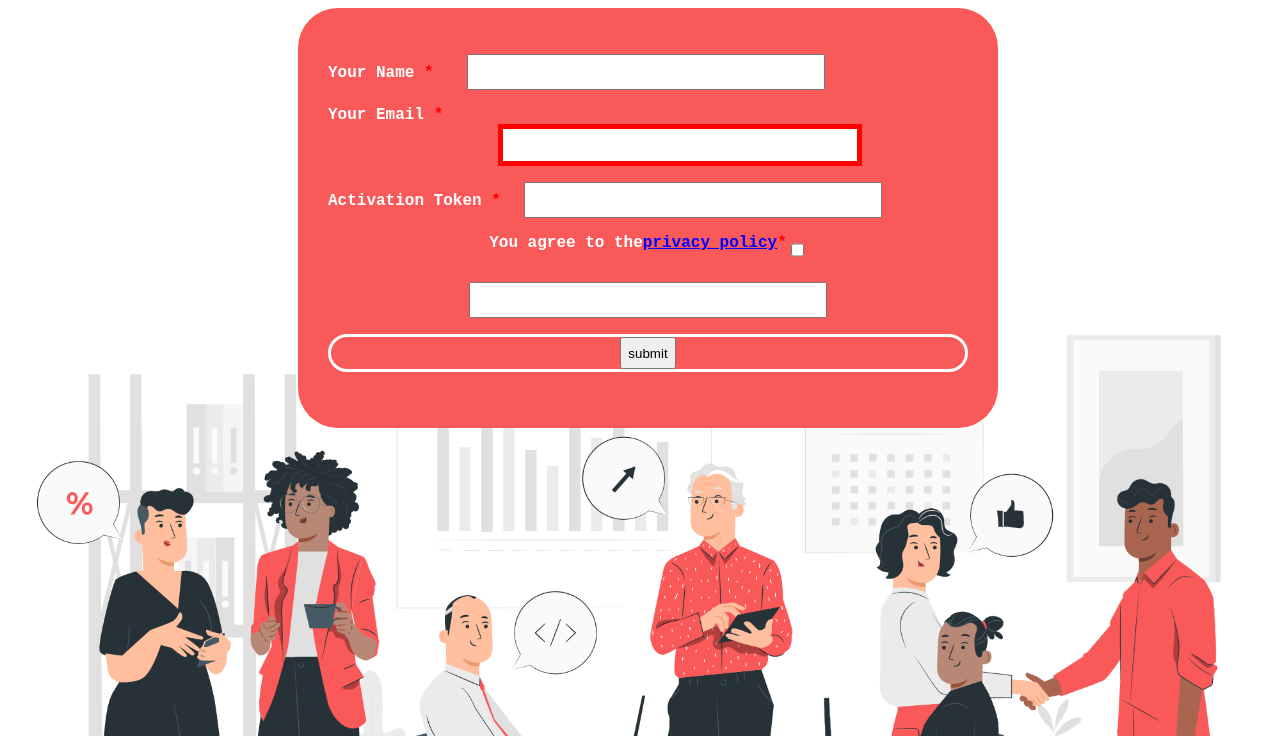
Repository: Rachael4life/Assignment-1
Page: starter-code/src/index.html
These files come from the project's save history. The page is drawn as it stood at one moment and after the next save; the edit follows.
The browser window is 1280 px wide. The page is 1288 px wide, so the pictures cover 1288 px, including what lies to the right of the window. The pictures show the whole page.

Above is the page before, as saved 2022-02-28 06:20:53.

### starter-code/src/index.html
<!DOCTYPE html>
<html lang="en">
<head>
    <meta charset="UTF-8">
    <meta http-equiv="X-UA-Compatible" content="IE=edge">
    <meta name="viewport" content="width=device-width, initial-scale=1.0">
    <link rel="stylesheet" href="style.css">
    <link rel="preconnect" href="https://fonts.googleapis.com">
<link rel="preconnect" href="https://fonts.gstatic.com" crossorigin>
    <link href="https://fonts.googleapis.com/css2?family=Courier+Prime&display=swap" rel="stylesheet">
    <title>Assignment 1</title>
</head>
<body>
    <div id="ramyeon">
        <form class="kimchi">
            <div> <p></p>
                <label for="name">Your Name <span class="asteric">*</span></label>
                <input class="formgroup" type="text" name="name" id="name" placeholder="">
            </div>
            <div> <p></p>
                <label for="email">Your Email <span class="asteric">*</span> </label>
                <input class="formgroup" type="text" name="email" id="email" placeholder="">
            </div>
            <div> <p></p>
                <label for="password">Activation Token <span class="asteric">*</span> </label>
                <input class="formgroup" type="password" name="activation token" id="password" placeholder="">
            </div>
           <p></p>
            <div class="water"><p></p>
                You agree to the <a href="privacy policy" id="privacy"><b> privacy policy</a></b><span class="asteric">*</span> <input type="checkbox">
            </div>
            <p></p>
            <div id="validation"><p></p>
                <label for="validation"></label>
                <input type="text" class="formgroup">
            </div>
            <p></p>
            <div class="gogi"><p></p>
                <button type="button">submit</button>
            </div>
        </form>
    </div>
</body>
</html>

### starter-code/src/style.css
body {
    color: white;
    font-family: 'Courier Prime', monospace;
    width: 100vw;
    height: 100vh;
    background-image: url("img.png");
    background-size: cover;
    background-repeat: no-repeat;
    font-size: 16px;
}
form {
    background-color: #fa5959;
    font-size: 16px;
    width: 50%;
    height: 50%;
    padding: 30px;
    border-radius: 40px;
    font-weight: bold;
}
#name {
    margin-left: 24px;
    height: 30px;
    width: 350px;
}
#email {
    margin-left: 170px;
    height: 30px;
    width: 350px;
}
#password {
    margin-left: 14px;
    height: 30px;
    width: 350px;
}
#ramyeon {
    display: flex;
    justify-content: center;
    align-content: space-between;
    width: 100%;
    height: 100%;
    font-family: 'Courier New', Courier, monospace;
}
#validation {
    align-content: center;
    justify-content: center;
    display: flex;
}
.gogi {
    display: flex;
    justify-content: center;
    align-content:center;
    border-style: solid;
    border-radius: 30px;
    border-color: white;
    background: #fa5959;
    margin: auto;
    font-size: 16px;
    font-family: 'Courier Prime', Courier, monospace;
    font-weight: 500, 700;
    font: bolder;


}
.water {
    align-content: center;
    justify-content: center;
    display:flex;
}
.formgroup {
    width: 350px;
    height: 30px;
}
#email {
    border: 5px solid red;
}
.asteric {
    color: red;
}
#privacy {
    color: blue;
}

After the next save:
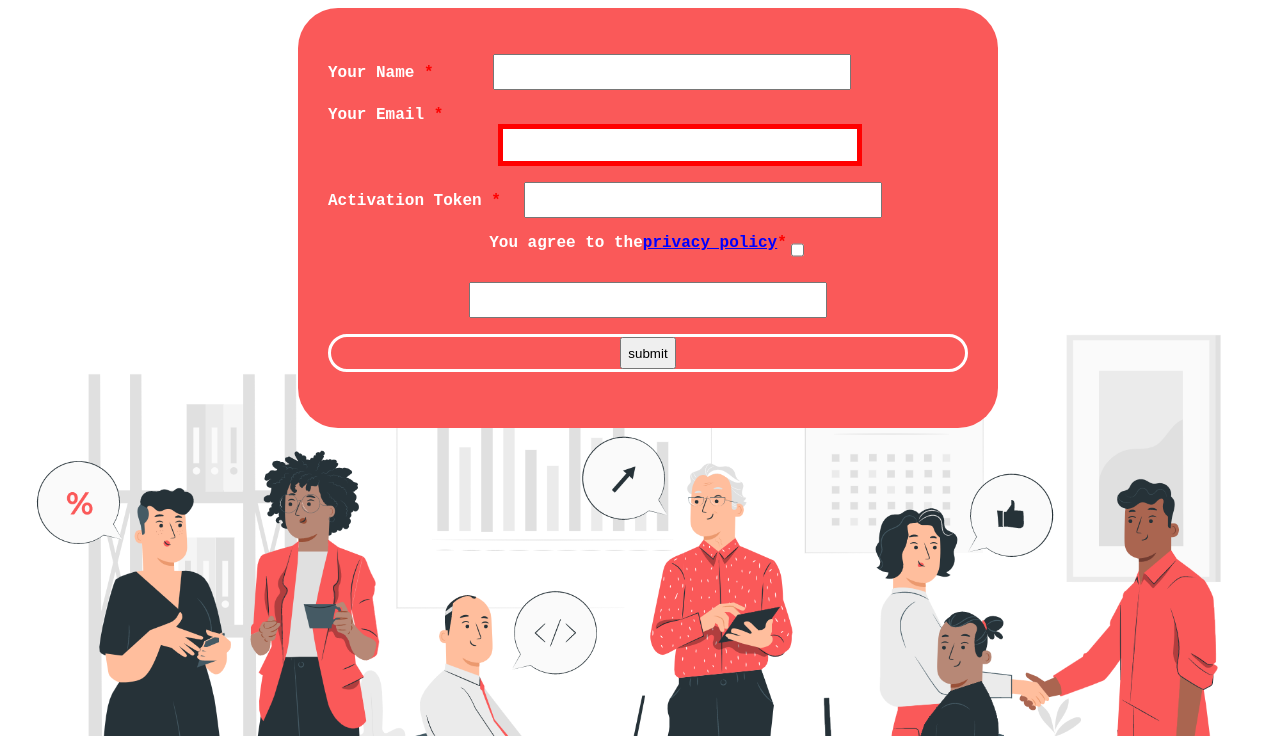
Saved 17 s later.
--- a/starter-code/src/style.css
+++ b/starter-code/src/style.css
@@ -18,7 +18,7 @@ form {
     font-weight: bold;
 }
 #name {
-    margin-left: 24px;
+    margin-left: 50px;
     height: 30px;
     width: 350px;
 }
